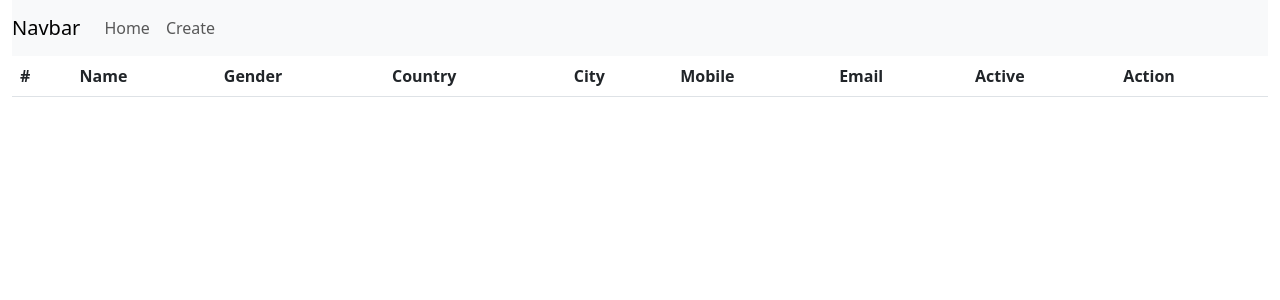
Repository: muzthy8/crud
Page: index.html
The author's editor kept a copy of each file at every save. The page is drawn from the files as they stood at one save, then again after a run of saves.
The browser window is 1280 px wide. The pictures show the whole page.
The page's requests for data from a server got no answer.

Above is the page before, as saved 2023-07-06 12:08:35.

After the next 3 saves:
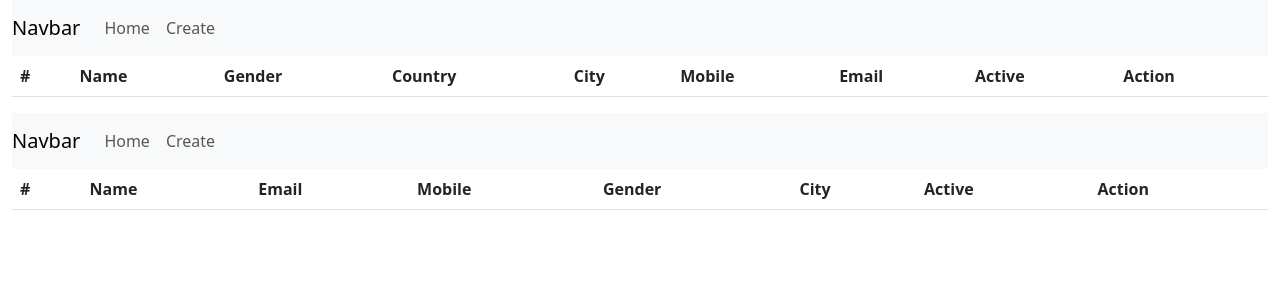
Console error: SyntaxError: Identifier 'url' has already been declared
The 3 saves are shown as one change because they came seconds apart.
The last was saved 48 s later.
--- a/index.html
+++ b/index.html
@@ -63,3 +63,56 @@
      <script src="./JS/index.js"></script>
 </body>
 </html>
+
+
+
+
+<!DOCTYPE html>
+<html lang="en">
+<head>
+    <meta charset="UTF-8">
+    <meta http-equiv="X-UA-Compatible" content="IE=edge">
+    <meta name="viewport" content="width=device-width, initial-scale=1.0">
+    <title>CRUD App</title>
+    <link href="https://cdn.jsdelivr.net/npm/bootstrap@5.3.0/dist/css/bootstrap.min.css" rel="stylesheet" integrity="sha384-9ndCyUaIbzAi2FUVXJi0CjmCapSmO7SnpJef0486qhLnuZ2cdeRhO02iuK6FUUVM" crossorigin="anonymous">
+    <link rel="stylesheet" href="./CSS/index.css">
+  </head>
+<body>
+    <div id='root' class="container-fluid">
+        <nav class="navbar navbar-expand-lg navbar-light bg-light">
+            <a class="navbar-brand" href="#">Navbar</a>
+            <button class="navbar-toggler" type="button" data-toggle="collapse" data-target="#navbarNav" aria-controls="navbarNav" aria-expanded="false" aria-label="Toggle navigation">
+              <span class="navbar-toggler-icon"></span>
+            </button>
+            <div class="collapse navbar-collapse" id="navbarNav">
+              <ul class="navbar-nav">
+                <li class="nav-item active">
+                  <a class="nav-link" href="./index.html">Home</a>
+                </li>
+                <li class="nav-item">
+                  <a class="nav-link" href="./HTML/create.html">Create</a>
+                </li>
+              </ul>
+            </div>
+          </nav>
+        <table class="table">
+            <thead>
+              <tr>
+                <th scope="col">#</th>
+                <th scope="col">Name</th>
+                <th scope="col">Email</th>
+                <th scope="col">Mobile</th>
+                <th scope="col">Gender</th>
+                <th scope="col">City</th>
+                <th scope="col">Active</th>
+                <th scope="col">Action</th>
+              </tr>
+            </thead>
+            <tbody id="table-body">
+
+            </tbody>
+          </table>
+    </div>
+    <script src="./JS/index.js"></script>
+</body>
+</html>

After the save that followed:
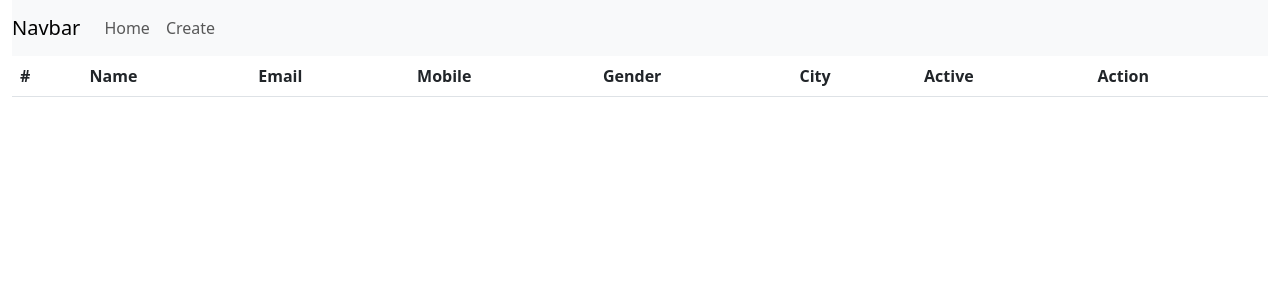
The error is gone.
Saved 80 s later.
--- a/index.html
+++ b/index.html
@@ -1,68 +1,4 @@
-<!DOCTYPE html>
-<html lang="en">
-<head>
-    <meta charset="UTF-8">
-    <meta http-equiv="X-UA-Compatible" content="IE=edge">
-    <meta name="viewport" content="width=device-width, initial-scale=1.0">
-    <title>CRUD App</title>
-    <link href="https://cdn.jsdelivr.net/npm/bootstrap@5.3.0/dist/css/bootstrap.min.css" rel="stylesheet">
-</head>
-<body>
-     <div 'root' class="container-fluid">
-        <nav class="navbar navbar-expand-lg navbar-light bg-light">
-            <a class="navbar-brand" href="#">Navbar</a>
-            <button class="navbar-toggler" type="button" data-toggle="collapse" data-target="#navbarNav" aria-controls="navbarNav" aria-expanded="false" aria-label="Toggle navigation">
-              <span class="navbar-toggler-icon"></span>
-            </button>
-            <div class="collapse navbar-collapse" id="navbarNav">
-              <ul class="navbar-nav">
-                <li class="nav-item active">
-                  <a class="nav-link" href="./index.html">Home </a>
-                </li>
-                <li class="nav-item">
-                  <a class="nav-link" href="./HTML/create.html">Create</a>
-                </li>
-              </ul>
-            </div>
-          </nav>
-        <table class="table">
-            <thead>
-              <tr>
-                <th scope="col">#</th>
-                <th scope="col">Name</th>
-                <th scope="col">Gender</th>
-                <th scope="col">Country</th>
-                <th scope="col">City</th>
-                <th scope="col">Mobile</th>
-                <th scope="col">Email</th>
-                <th scope="col">Active</th>
-                <th scope="col">Action</th>
-              </tr>
-            </thead>
-            <tbody id="table-body">
-              <!-- <tr>
-                <th scope="row">1</th>
-                <td>Mark</td>
-                <td>Otto</td>
-                <td>@mdo</td>
-              </tr>
-              <tr>
-                <th scope="row">2</th>
-                <td>Jacob</td>
-                <td>Thornton</td>
-                <td>@fat</td>
-              </tr>
-              <tr>
-                <th scope="row">3</th>
-                <td colspan="2">Larry the Bird</td>
-                <td>@twitter</td>
-              </tr> -->
-            </tbody>
-          </table>
-     </div>
-     <script src="./JS/index.js"></script>
-</body>
-</html>
+
 
 
 
